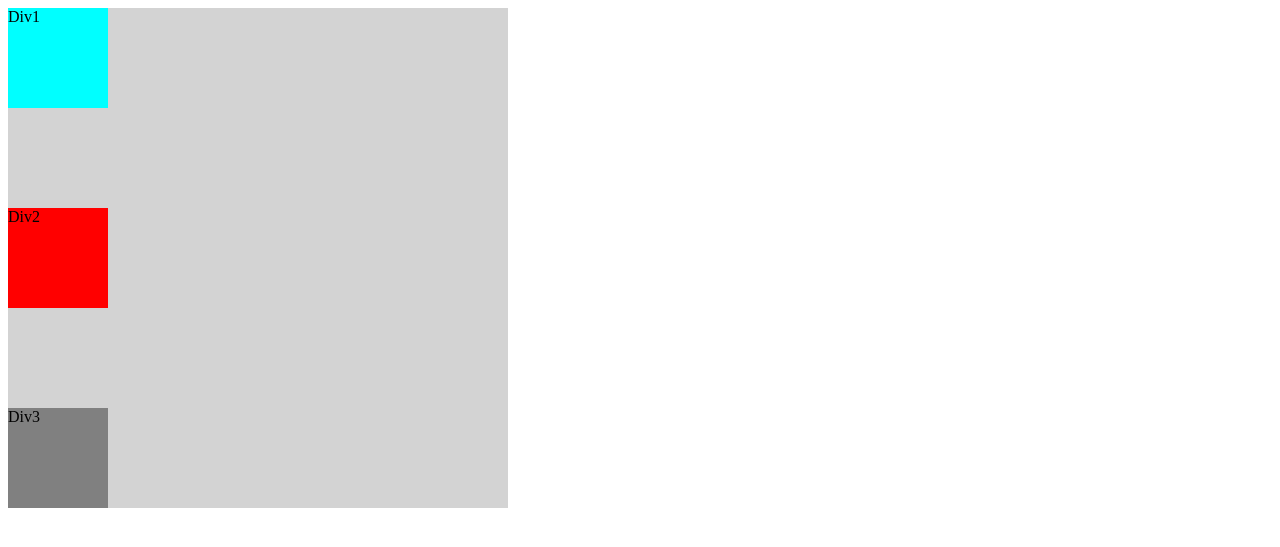
Repository: Sayan-100/Javascript
Page: Flex justify content/index.html
An editor plug-in stored every save of this project. The page is shown before and after the next save, followed by the edit.
The browser window is 1280 px wide. The pictures show the whole page.

Above is the page before, as saved 2021-12-31 17:08:14.

After the next save:
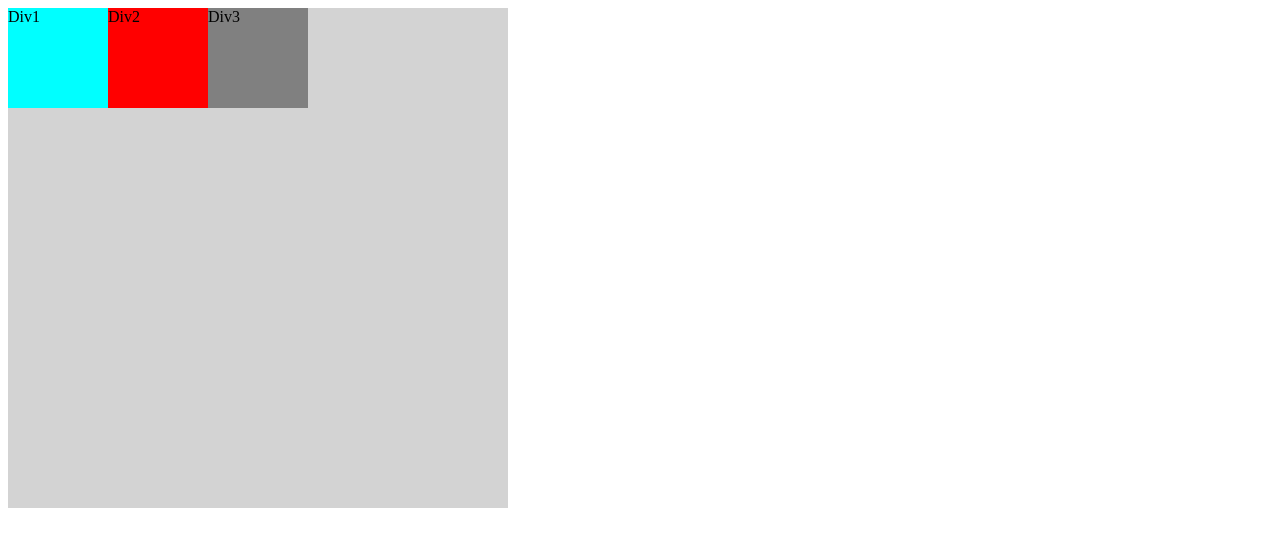
Saved 40 s later.
--- a/Flex justify content/style.css
+++ b/Flex justify content/style.css
@@ -8,7 +8,7 @@
      background-color: lightgrey;
      display: flex;
      /* default direction is row direction */
-     flex-direction: column;
+     /* flex-direction: column; */
      /* flex-direction: row; */
      /* flex-direction: row-reverse; */
      /* flex-direction: column-reverse; */
@@ -24,7 +24,7 @@
      /* justify-content: flex-end; */
      /* justify-content: center; */
      /* justify-content: space-around; */
-     justify-content: space-between;
+     /* justify-content: space-between; */
      /* justify-content: space-evenly; */
  }
 
